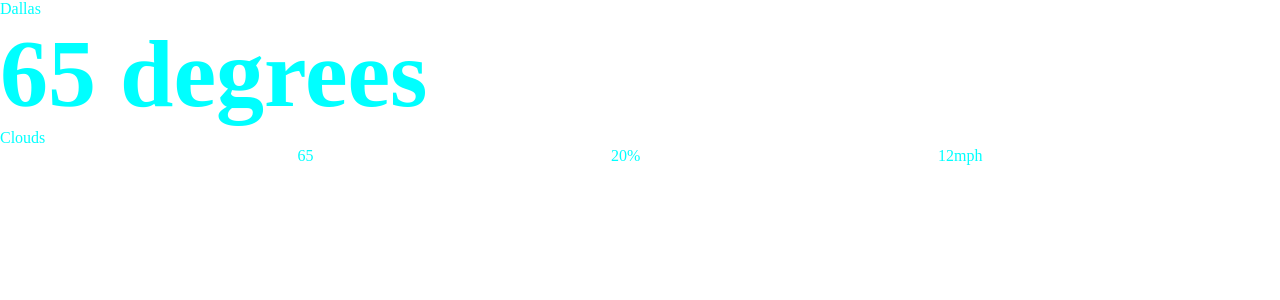
Repository: cakuang1/kanyequotes
Page: /
These files come from the project's save history. The page is drawn as it stood at one moment and after the next save; the edit follows.
The browser window is 1280 px wide. The pictures show the whole page.
The project was rebuilt for these pictures with package versions that can differ from the ones it lists, and the page was loaded fresh each time.

Above is the page before, as saved 2022-07-16 15:27:51.

### src/index.css
* {
    box-sizing: border-box;
    margin: 0;
    padding: 0;


}

h1 {
    font-size: 6rem;

}

.app {
    width: 100%;
    height: 100vh;
    background-color: ;
    color: aqua;
}

.app .bottom {
    display: flex;
    justify-content: space-evenly;
    text-align: center;
    border-radius:12px;
    background-color: rgba(255, 255, 255, 0.2);
}

### src/App.js
import axios from 'axios';
import React,{useState} from 'react';




function App() {

  const url = 'https://api.openweathermap.org/data/2.5/weather?q=sanfrancisco&appid=8b4c41ca9585c94ca791570267e7f977'
  return (
    <div className="app">
        <div className='container'>
          <div className='top'>
            <div className='location'>
              <p> Dallas</p>
            </div>
            <div className='temp'>
              <h1>65 degrees</h1>
            </div>
            <div className='description'>
              <p>Clouds</p>
            </div>
          </div>
          <div className='bottom'>
            <div  className = "feels">
              <p>65</p>
            </div>
            <div className='humidity'>
              <p>20%</p>
            </div>
            <div className='winds'>
              <p> 12mph</p>
            </div>

          </div>
        </div>
    </div>
  );
}

export default App;

Loaded but not shown: public/index.html (common file); src/index.js (common file)

After the next save:
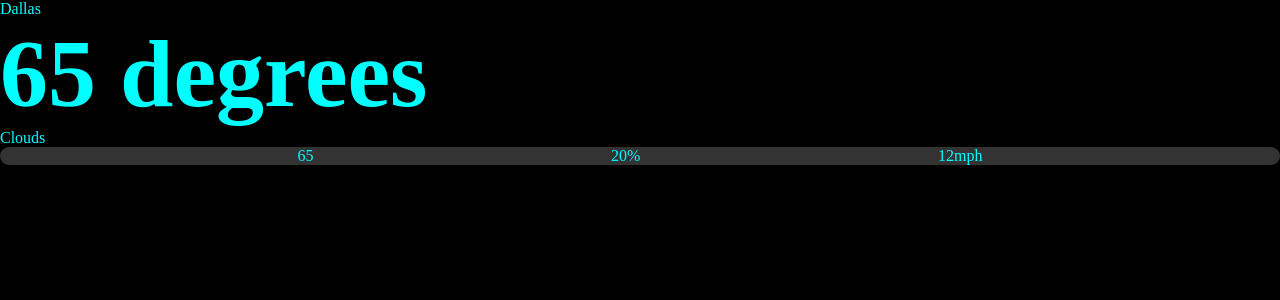
Saved 4 s later.
--- a/src/index.css
+++ b/src/index.css
@@ -14,7 +14,7 @@ h1 {
 .app {
     width: 100%;
     height: 100vh;
-    background-color: ;
+    background-color: black;
     color: aqua;
 }
 
